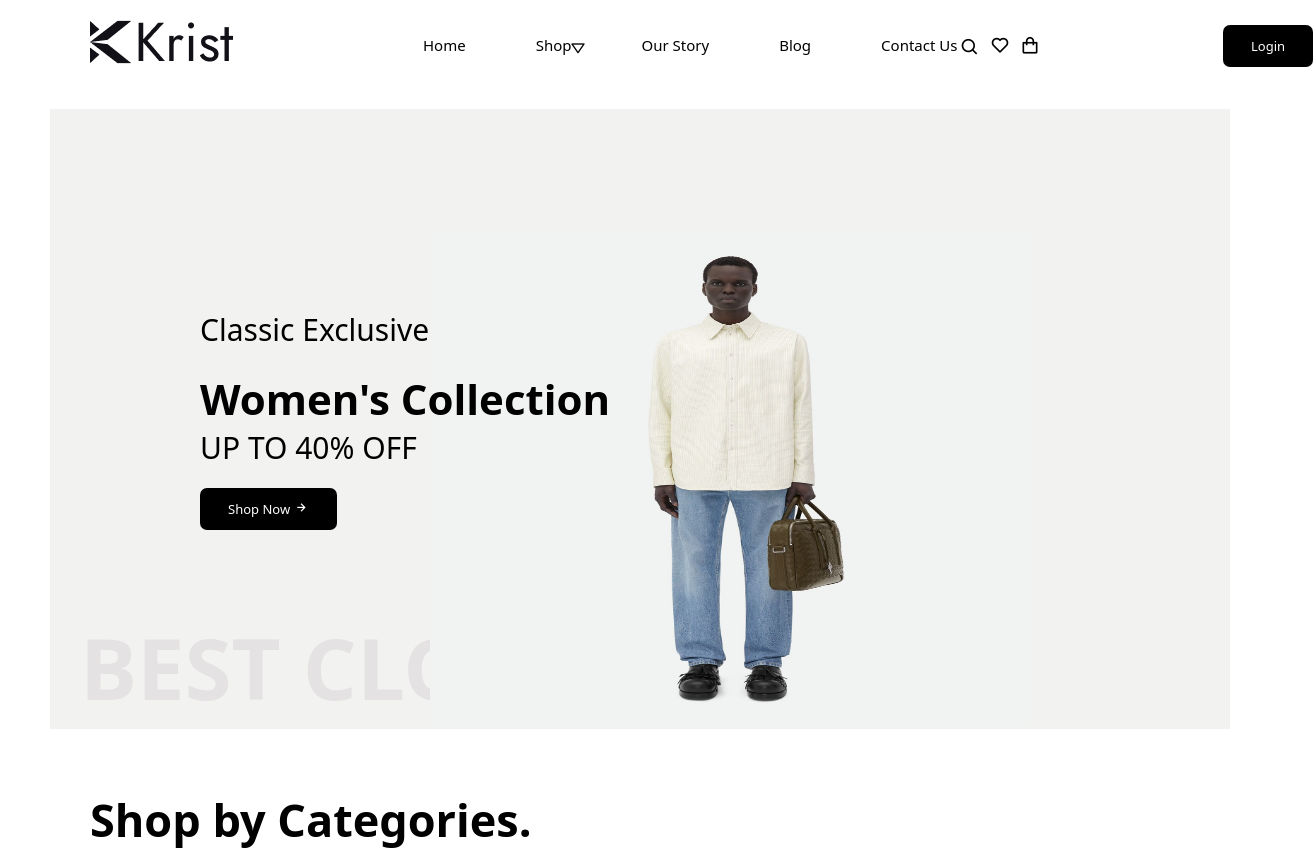
Repository: isaacCodes1/Krist-Website
Page: index.html
The author's editor kept a copy of each file at every save. The page is drawn from the files as they stood at one save, then again after a run of saves.
The browser window is 1280 px wide. The page is 1313 px wide, so the pictures cover 1313 px, including what lies to the right of the window. The pictures show the whole page.

Above is the page before, as saved 2024-04-01 10:42:38.

After the next 2 saves:
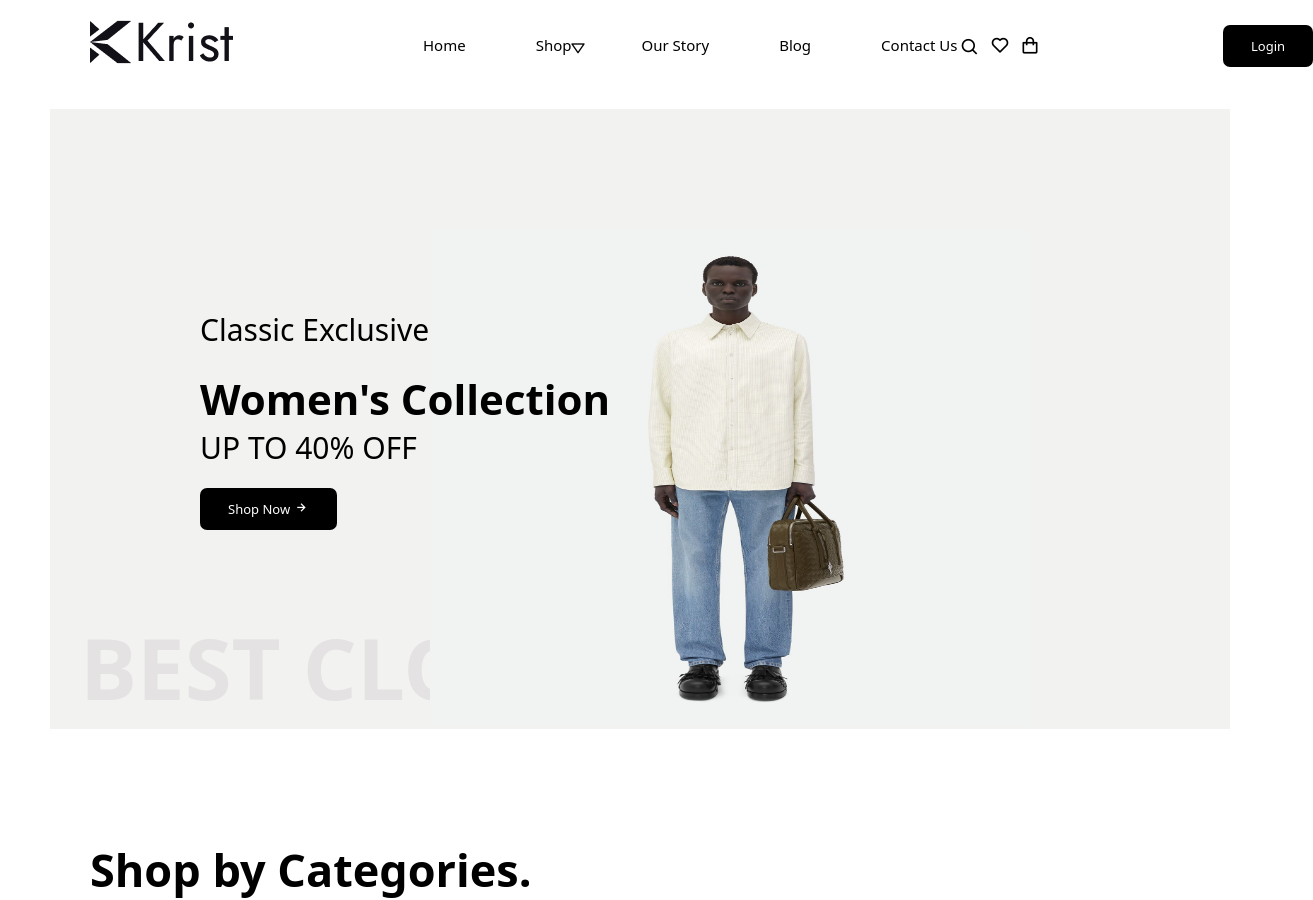
The 2 saves are shown as one change because they came seconds apart.
The last was saved 10 s later.
--- a/style.css
+++ b/style.css
@@ -144,5 +144,5 @@ button:hover {
 .cardstext {
   font-size: 30px;
   margin-left: 90px;
-  margin-top: 60px;
+  padding-top: 60px;
 }
